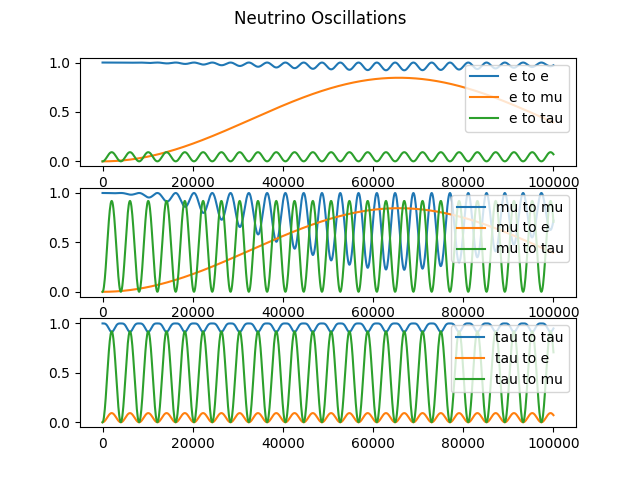
Repository: MichaelCullen2011/QuantumAndNeutrinos
Script's output: python neutrinos.py
An editor plug-in stored every save of this project. The script's output is shown before and after the next save, followed by the edit.
Each picture stacks the figures in order, with grey between them; figures that are only written to a file come last. Random numbers start from a fixed seed.

Above is the script's output before, as saved 2021-06-02 16:42:11.

After the next save:
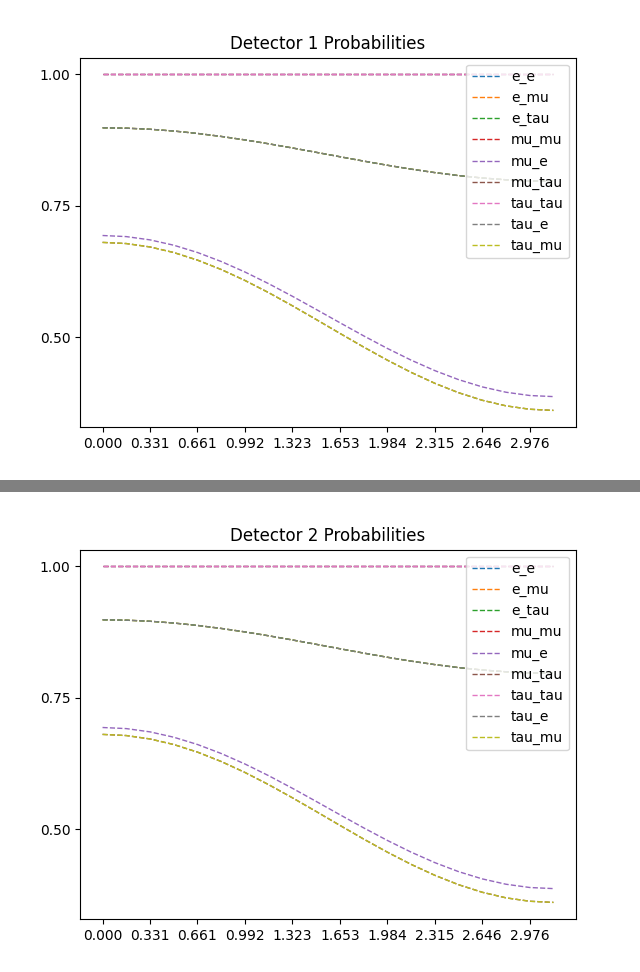
Saved 8 s later.
--- a/neutrinos.py
+++ b/neutrinos.py
@@ -381,9 +381,9 @@ class Gates:
 '''
 Running
 '''
-Oscillations(distance=1e6, energy=10).calculate()    # Prints oscillation probabilities for flavours given the distance it travels
-
-# WaveFunctions(accuracy=20)      # Currently Broken. Doesnt plot correctly # Accuracy is the number of points within the range
+# Oscillations(distance=1e6, energy=10).calculate()    # Prints oscillation probabilities for flavours given the distance it travels
+
+WaveFunctions(accuracy=20)      # Currently Broken. Doesnt plot correctly # Accuracy is the number of points within the range
 
 # Gates(energy_list=np.linspace(1, 100, 10)).calculate()         # calculates and plots gate probabilities at various energies for different interactions
 
